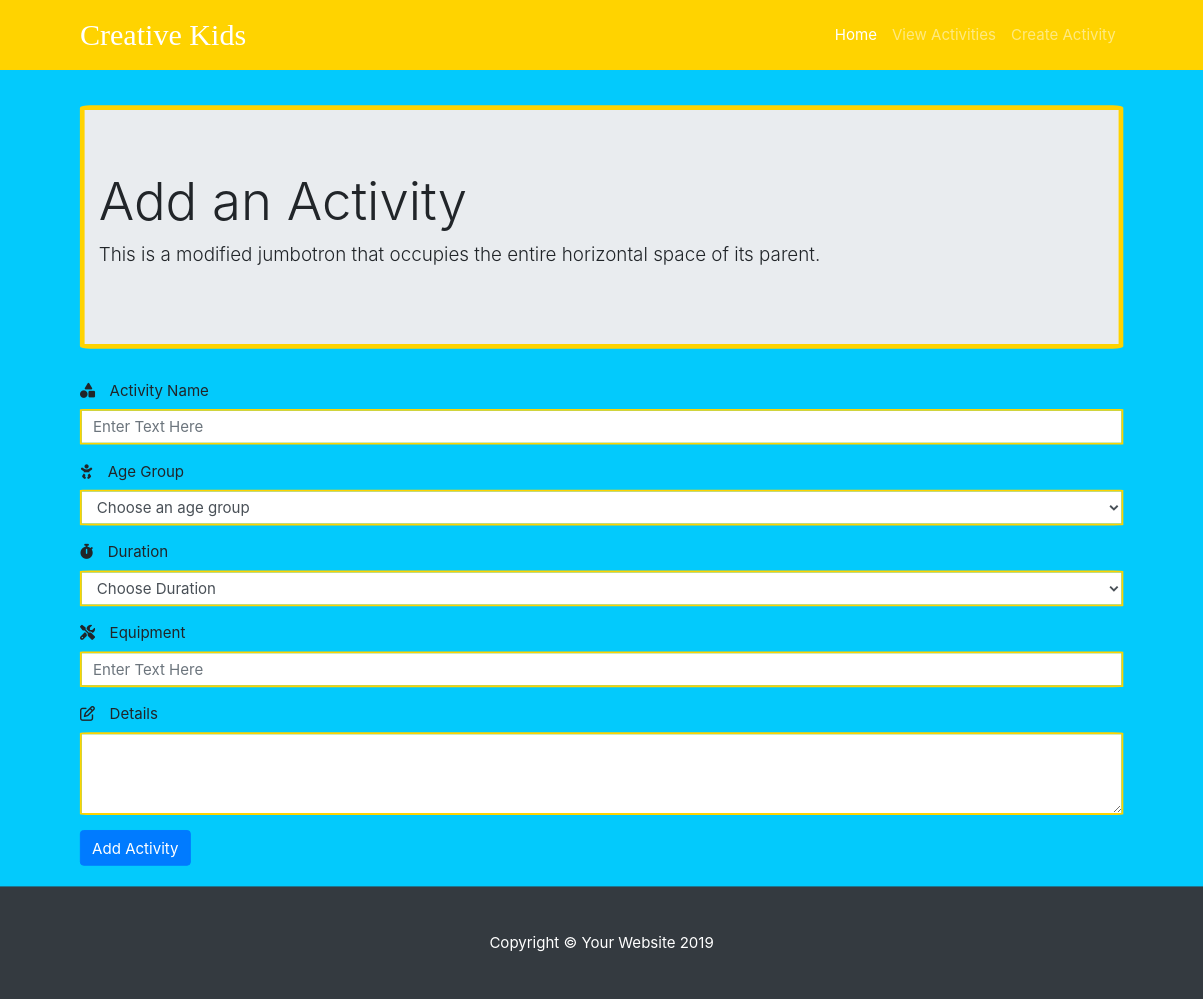
Repository: Neilfoster/milestone_project_3
Page: http://localhost/add_activity
The author's editor kept a record of every edit. The page is drawn from the files as they stood at one moment, then again after the next edit.
The browser window is 1280 px wide. The pictures show the whole page, at 94% of full size.
Some web fonts or font styles are not loaded; a fallback is used. Some web libraries are served in a nearby version. The page is served by the project's application, run on Flask 3 (app.py). Queries for data that is not in the repository find no rows.

Above is the page before.

### templates/add_activity.html
{% extends "base.html" %} {% block content %}
<div class="container">
    <!-- Heading -->
    <div class="jumbotron jumbotron-fluid cstm_jumb">
        <div class="container">
            <h1 class="display-4">Add an Activity</h1>
            <p class="lead">This is a modified jumbotron that occupies the entire horizontal space of its parent.</p>
        </div>
    </div>

    <!--forum -->
    <form action="{{url_for('insert_activity')}}" method="POST">
        <div class="form-group">
            <i class="fas fa-shapes fa-1x "></i>
            <label class="forum_text" for="activity_name">Activity Name</label>
            <input type="text" class="form-control add_forum" id="activity_name" name="activity_name" placeholder="Enter Text Here" required>
        </div>
        <div class="form-group">
            <i class="fas fa-baby "></i>
            <label class="forum_text" for="age_group">Age Group</label>
            <select class="form-control add_forum" id="age_group" name="age_group" required>
               <option value="" disabled selected>Choose an age group</option>
               {% for age in ages %}
               <option value="{{age.age_group.capitalize()}}">{{age.age_group.capitalize()}}</option>
               {% endfor %}
            </select>
        </div>
        <div class="form-group">
            <i class="fas fa-stopwatch "></i>
            <label class="forum_text" for="activity_duration">Duration</label>
            <select class="form-control add_forum" id="activity_duration" name="activity_duration" required>
                <option value="" disabled selected>Choose Duration</option>
                {% for duration in durations %}
                 <option value="{{duration.activity_duration.capitalize()}}">{{duration.activity_duration.capitalize()}}</option>
                {% endfor %}
            </select>
        </div>
        <div class="form-group">
            <i class="fas fa-tools "></i>
            <label class="forum_text" for="equipment">Equipment</label>
            <input type="text" class="form-control add_forum" id="equipment" name="equipment" placeholder="Enter Text Here" required>
        </div>

        <div class="form-group">
            <i class="far fa-edit "></i>
            <label class="forum_text" for="details">Details</label>
            <textarea class="form-control add_forum" id="details" name="details" rows="3" required></textarea>
        </div>

        <button class="btn btn-primary my_button" type="submit" name="action">Add Activity</button>
</div>
</form>
{% endblock %}

### templates/base.html
<!DOCTYPE html>
<html lang="en">

<head>

  <meta charset="utf-8">
  <meta name="viewport" content="width=device-width, initial-scale=1, shrink-to-fit=no">
  <meta name="description" content="">
  <meta name="author" content="">

  <title>Creative Kids</title>

  <!-- Bootstrap core CSS -->
  <link href="static/css/bootstrap.min.css" rel="stylesheet">

  <!-- CDN for Bootstrap core CSS -->
  <!-- <link rel="stylesheet" href="https://stackpath.bootstrapcdn.com/bootstrap/4.3.1/css/bootstrap.min.css" type="text/css" /> -->

  <!-- Custom styles for this template -->
  <link href="static/css/small-business.css" rel="stylesheet">

  <!-- Custom styles-->
  <link href="static/css/style.css" rel="stylesheet">

  <!-- Google Fonts-->
  <link href="https://fonts.googleapis.com/css?family=Butterfly+Kids&display=swap" rel="stylesheet">

</head>

<body>

  <!-- Navigation -->
  <nav class="navbar navbar-expand-lg navbar-dark fixed-top cstmnav">
    <div class="container">
      <a class="navbar-brand nav_txt" href="{{url_for('get_activities')}}">Creative Kids</a>
      <button class="navbar-toggler" type="button" data-toggle="collapse" data-target="#navbarResponsive" aria-controls="navbarResponsive" aria-expanded="false" aria-label="Toggle navigation">
        <span class="navbar-toggler-icon"></span>
      </button>
      <div class="collapse navbar-collapse" id="navbarResponsive">
        <ul class="navbar-nav ml-auto">
          <li class="nav-item active">
            <a class="nav-link" href="{{url_for('get_activities')}}">Home
              <span class="sr-only">(current)</span>
            </a>
          </li>
          <li class="nav-item">
            <a class="nav-link" href="{{url_for('activity_view')}}">View Activities</a>
          </li>
          <li class="nav-item">
            <a class="nav-link" href="{{url_for('add_activity')}}">Create Activity</a>
          </li>

        </ul>
      </div>
    </div>
  </nav>

  {% block content %} {% endblock %}



  <!-- Footer -->
  <footer class="py-5 bg-dark">
    <div class="container">
      <p class="m-0 text-center text-white">Copyright &copy; Your Website 2019</p>
    </div>
    <!-- /.container -->
  </footer>


  <!-- Bootstrap core JavaScript -->
  <script src="static/js/jquery.min.js"></script>
  <script src="static/js/bootstrap.bundle.min.js"></script>

<!-- Font Awesome js-->
  <script src="https://kit.fontawesome.com/8aa891fdce.js" crossorigin="anonymous"></script>
</body>

</html>

### app.py
import os
from flask import Flask, render_template, redirect, request, url_for, jsonify
from flask_pymongo import PyMongo, pymongo
from bson.objectid import ObjectId

app = Flask(__name__)

app.config["MONGO_DBNAME"] = 'milestoneproject3me'
app.config["MONGO_URI"] = os.environ.get('mongo_uri')

mongo = PyMongo(app)

@app.route('/')
@app.route('/get_activities')
def get_activities():
    return render_template("home.html",
    activities=mongo.db.Activities.find())

@app.route('/activity_view')
def activity_view():
    # activities=mongo.db.Activities.find().limit(6)

    ages = mongo.db.ages.find()
    durations = mongo.db.duration.find()

    user_supplied_age_group = request.form['age_group']
    user_supplied_activity_duration = request.form['activity_duration']


    activities = mongo.db.Activities.find(
           {
            'age_group': user_supplied_age_group,
            'activity_duration': user_supplied_activity_duration
           }
    )

    return render_template('activity_view.html', ages, durations, activities)


@app.route('/add_activity', methods=['POST', 'GET'])
def add_activity():
    return render_template('add_activity.html',
    ages=mongo.db.ages.find(),
    durations=mongo.db.duration.find())

@app.route('/insert_activity', methods=['POST'])
def insert_activity():
    activities=mongo.db.Activities
    activities.insert_one(request.form.to_dict())
    return redirect(url_for('activity_view'))


if __name__ == "__main__":
    app.run(host=os.environ.get('IP'),
        port=int(os.environ.get('PORT')),
        debug=True)

### static/css/style.css
body {
    background-color: #03cafc;

}

.forum_text {
    margin-left: 1%;
}

.my_button{
    margin-bottom: 2%;
}

.cstmnav{
    background-color: #ffd300;
}

.cstm_jumb{
    border: 5px solid #ffd300;
    border-radius:1%;
    margin-top: 5%;
}

.cstm_select {
    border: 2px solid #ffd300;
    border-radius:1%;
    margin-top:1%;
    margin-bottom: 1%;
}

.cstm_card {
    border: 2px solid #ffd300;
    border-radius:1%;
    margin:1%;
}

.cstm_jumb_home{
    background-color: #ffd300;
}

.nav_txt {
    font-size:2rem;
    font-family: 'Butterfly Kids', cursive;
}

.home_title {
    font-family: 'Butterfly Kids', cursive;
    font-size:3rem;
}

.add_forum {
     border: 2px solid #ffd300;
    border-radius:1%;
}

.add_title {
    font-family: 'Butterfly Kids', cursive;
    font-size: 4rem;
}

.crd_img {
    height: 5%;
    width: 5%;
}

Loaded but not shown: static/css/bootstrap.min.css (library); static/css/small-business.css (common file); static/js/jquery.min.js (library); static/js/bootstrap.bundle.min.js (library)

After the next edit:
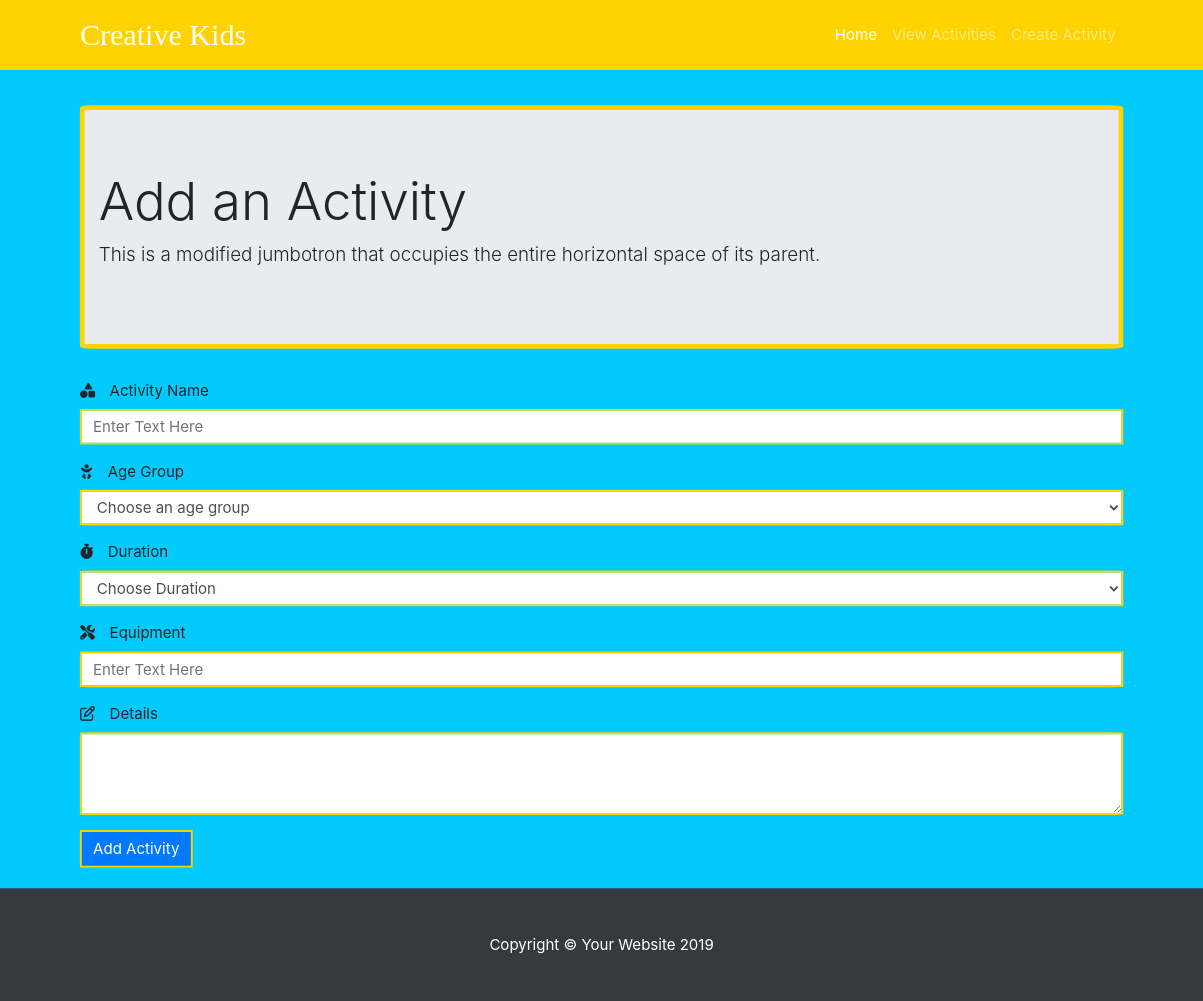
The edit:
--- a/templates/add_activity.html
+++ b/templates/add_activity.html
@@ -47,7 +47,7 @@
             <textarea class="form-control add_forum" id="details" name="details" rows="3" required></textarea>
         </div>
 
-        <button class="btn btn-primary my_button" type="submit" name="action">Add Activity</button>
+        <button class="btn btn-primary my_button add_forum" type="submit" name="action">Add Activity</button>
 </div>
 </form>
 {% endblock %}
